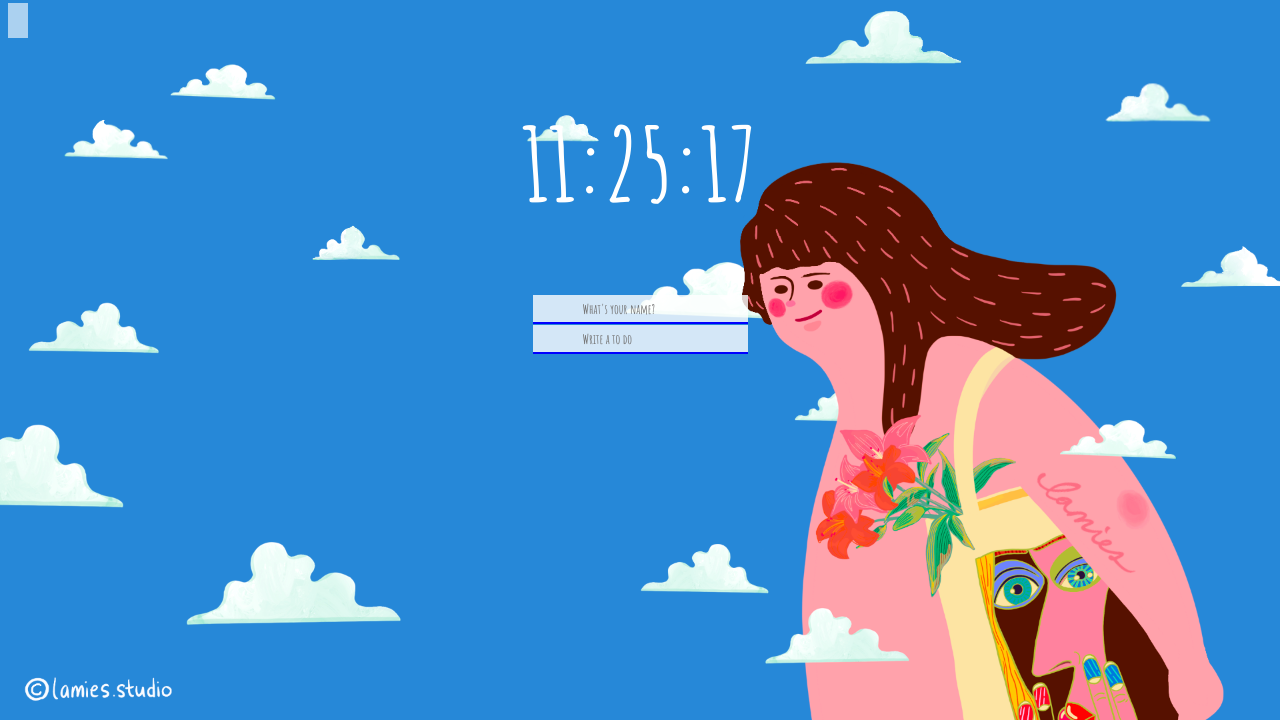
Repository: haleyjung/chrome_app
Page: index.html
These files come from the project's save history. The page is drawn as it stood at one moment and after the next save; the edit follows.
The browser window is 1280 px wide. The pictures show the whole page.

Above is the page before, as saved 2020-11-23 15:59:33.

### index.html
<!DOCTYPE html>
<html lang="en">
<head>
    <meta charset="UTF-8" />
    <meta name="viewport" content="width=device-width, initial-scale=1.0">
    <title>Chrome App</title>
    <link rel="stylesheet" href="index.css">
</head>
<body>

    <div>
        <span class="js-weather"></span>
    </div>

    <main>
        <div class="js-clock">
            <h1>00:00</h1>
        </div>

        <div class="js-name name"></div>

        <div>
            <form class="js-form form">
                <input type="text" placeholder="What's your name?" />
            </form>
        </div>

        <h4 class="js-greetings greetings"></h4>

        <form class="js-toDoForm">
            <input type="text" placeholder="Write a to do" />
        </form>
        <ul class="js-toDoList">
        </ul>
    </main>

    <script src="js/clock.js"></script>
    <script src="js/greeting.js"></script>
    <script src="js/todo.js"></script>
    <script src="js/bg.js"></script>
    <script src="js/weather.js"></script>
</body>

### index.css
@import url("https://fonts.googleapis.com/css2?family=Amatic+SC:wght@400;700&display=swap");

* {
  font-family: "Amatic SC", cursive;
  font-weight: 700;
}

body {
  background-color: palevioletred;
  color: white;
  font-size: 20px;
}

main {
  display: flex;
  flex-direction: column;
  justify-content: center;
  align-items: center;
}

.js-weather {
  font-weight: 400;
  color: blue;
  background-color: rgba(255, 255, 255, 0.611);
  padding: 5px 10px;
}

.js-clock {
  display: flex;
  justify-content: center;
  align-items: center;
  font-size: 50px;
}

.js-form,
.js-toDoForm {
  background-color: none;
}

.btn {
  cursor: pointer;
}

input {
  border: none;
  outline: none;
  border-bottom: 2px solid blue;
  background-color: rgba(255, 255, 255, 0.8);
  padding: 5px 50px;
}

.form,
.greetings {
  display: none;
}

.showing {
  display: block;
}

@keyframes fadeIn {
  from {
    opacity: 0;
  }
  to {
    opacity: 1;
  }
}

.bgImage {
  position: absolute;
  top: 0;
  left: 0;
  width: 100%;
  height: 100%;
  z-index: -1;
  animation: fadeIn 0.5s linear;
}

### js/clock.js
const clockContainer = document.querySelector(".js-clock"),
    clockTitle = clockContainer.querySelector("h1");

function getTime() {
    const date = new Date();
    const minutes = date.getMinutes();
    const hours = date.getHours();
    const seconds = date.getSeconds();
    clockTitle.innerText = `${hours < 10 ? `0${hours}` : hours}:${
        minutes < 10 ? `0${minutes}` : minutes
    }:${seconds < 10 ? `0${seconds}` : seconds}`;
}

function init() {
    getTime();
    setInterval(getTime, 1000);
}

init();

### js/greeting.js
const nameContainer = document.querySelector(".js-name");

function paintName(name) {
    nameContainer.innerHTML = "";
    const title = document.createElement("span");
    title.className = "name__text";
    title.innerHTML = `Hello ${name}`;
    nameContainer.appendChild(title);
}

function handleSubmit(event) {
    event.preventDefault();
    const form = event.target;
    const input = form.querySelector("input");
    const value = input.value;
    localStorage.setItem("username", value);
    paintName(value);
}

function paintInput() {
    const input = document.createElement("input");
  input.placeholder = "What's your name?";
  input.type = "text";
  input.className = "name__input";
  const form = document.createElement("form");
  form.addEventListener("submit", handleSubmit);
  form.appendChild(input);
  nameContainer.appendChild(form);
}

function loadName(){
    const name = localStorage.getItem("username");
  if (name === null) {
    paintInput();
  } else {
    paintName(name);
  }
}

function init() {
    loadName();
}

init();

### js/todo.js
const toDoForm = document.querySelector(".js-toDoForm"),
    toDoInput = toDoForm.querySelector("input"),
    toDoList = document.querySelector(".js-toDoList");

const TODOS_LS = 'toDos';

let toDos = [];

function deleteToDo(event){
    const btn = event.target;
    const li = btn.parentNode;
    toDoList.removeChild(li);
    const cleanToDos = toDos.filter(function(toDo){
        return toDo.id !== parseInt(li.id);
    });
    toDos = cleanToDos
    saveToDos();
}

function saveToDos(){
    localStorage.setItem(TODOS_LS, JSON.stringify(toDos));
}

function paintToDo(text){
    const li = document.createElement("li");
    const delBtn = document.createElement("button");
    const span = document.createElement("span");
    const newId = toDos.length + 1;
    delBtn.innerText = "❌";
    delBtn.addEventListener("click", deleteToDo);
    span.innerText = text;
    li.appendChild(delBtn);
    li.appendChild(span);
    li.id = newId;
    toDoList.appendChild(li);
    const toDoObj = {
        text: text,
        id: newId
    };
    toDos.push(toDoObj);
    saveToDos();
}

function handleSubmit(event){
    event.preventDefault();
    const currentValue = toDoInput.value;
    paintToDo(currentValue);
    toDoInput.value = "";
}

function loadToDos() {
    const loadedToDos = localStorage.getItem(TODOS_LS);
    if(loadedToDos !== null){
        const parsedToDos = JSON.parse(loadedToDos);
        parsedToDos.forEach(function(toDo){
            paintToDo(toDo.text);
        });
    }
}

function init() {
    loadToDos();
    toDoForm.addEventListener("submit", handleSubmit)
}

init();

### js/bg.js
const body = document.querySelector("body");

const IMG_NUMBER = 4;

// If loading images from API, include the functions in these comments:
// function handleImgLoad(){
//     console.log('finished loading');
// }

function paintImage(imgNumber){
    const image = new Image();
    image.src = `/img/lamiesstudio-${imgNumber + 1}.png`;
    image.classList.add('bgImage');
    body.prepend(image);
    // image.addEventListener("loadend", handleImgLoad);
}

function genRandom(){
    const number = Math.floor(Math.random() * IMG_NUMBER);
    return number;
}

function init(){
    const randomNumber = genRandom();
    paintImage(randomNumber)
}

init();

### js/weather.js
const weather = document.querySelector(".js-weather");

const API_KEY = "1706261ffc689a5d0ffe73f0d2f8a925";
const COORDS = "coords";

function getWeather(lat, lng){
    fetch(`https://api.openweathermap.org/data/2.5/weather?lat=${lat}&lon=${lng}&appid=${API_KEY}&units=metric`
    ).then(function(response){
        return response.json();
    })
        .then(function(json){
        const temperature = json.main.temp;
        const place = json.name;
        weather.innerText = `Today's weather: ${temperature} in ${place}`;
    });
}

function saveCoords(coordsObj){
    localStorage.setItem(COORDS, JSON.stringify(coordsObj));
}

function handleGeoSuccess(position){
    const latitude = position.coords.latitude;
    const longitude = position.coords.longitude;
    const coordsObj = {
        latitude,
        longitude
    };
    saveCoords(coordsObj);
    getWeather(latitude, longitude);
}

function handleGeoError(){
    console.log('Cant access geo location');
}

function askForCoords(){
    navigator.geolocation.getCurrentPosition(handleGeoSuccess, handleGeoError);
}

function loadCoords(){
    const loadedCoords = localStorage.getItem(COORDS);
    if(loadedCoords === null){
        askForCoords();
    } else {
        const parsedCoords = JSON.parse(loadedCoords);
        getWeather(parsedCoords.latitude, parsedCoords.longitude);
    }
}

function init(){
    loadCoords();
}

init();

After the next save:
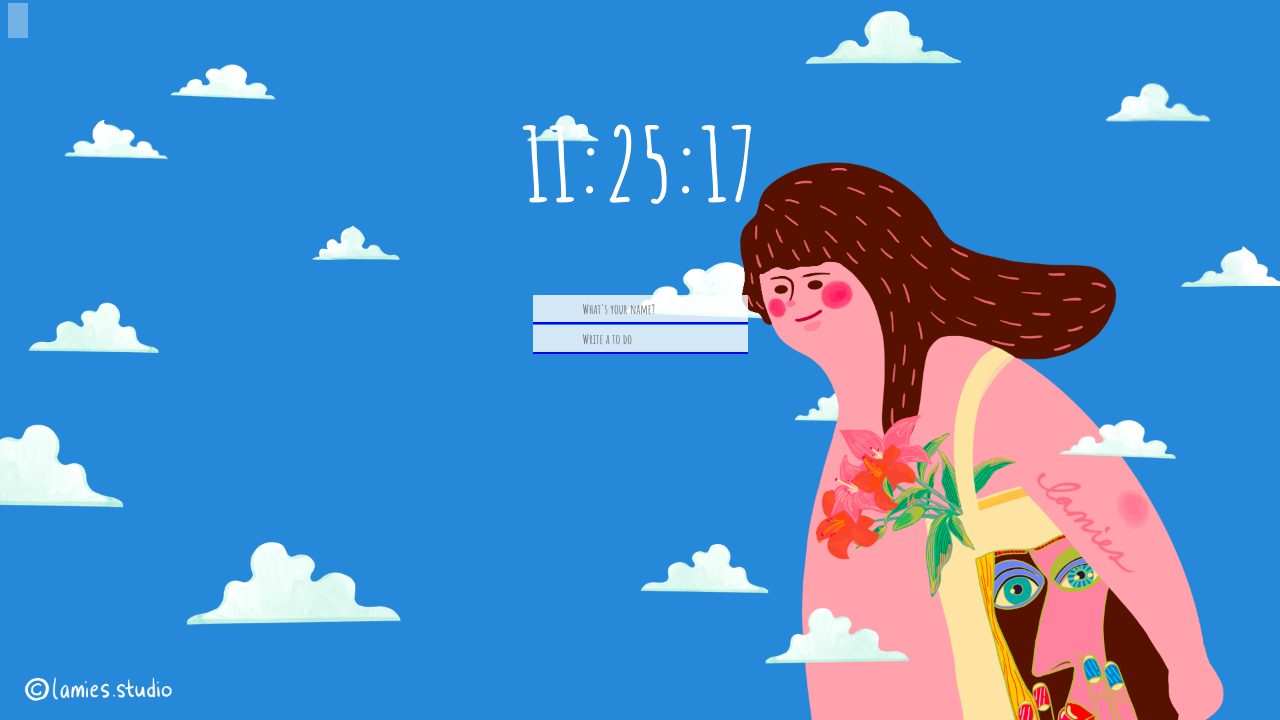
Saved 22 s later.
--- a/index.css
+++ b/index.css
@@ -20,8 +20,8 @@ main {
 
 .js-weather {
   font-weight: 400;
-  color: blue;
-  background-color: rgba(255, 255, 255, 0.611);
+  color: violet;
+  background-color: rgba(255, 255, 255, 0.351);
   padding: 5px 10px;
 }
 
